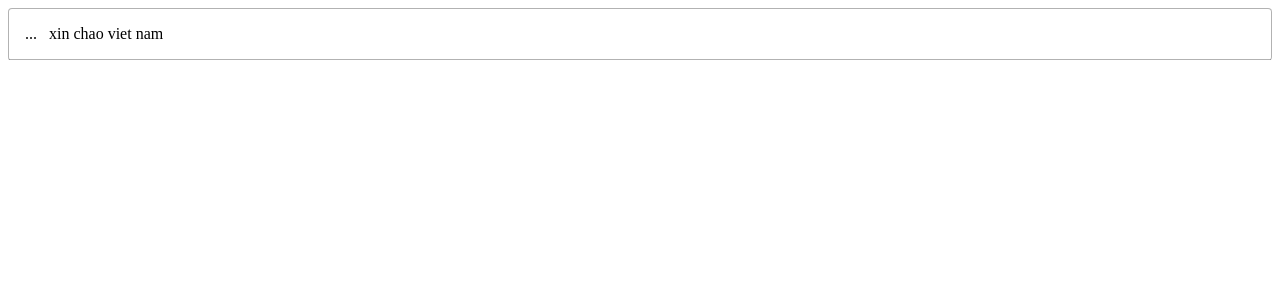
Repository: AOY311/DuckEdu
Page: test2.html
The author's editor kept a copy of each file at every save. The page is drawn from the files as they stood at one save, then again after the next save.
The browser window is 1280 px wide. The pictures show the whole page.

Above is the page before, as saved 2021-10-31 14:20:44.

### test2.html
<!DOCTYPE html>
<html lang="en">

<head>
    <meta charset="UTF-8">
    <meta http-equiv="X-UA-Compatible" content="IE=edge">
    <meta name="viewport" content="width=device-width, initial-scale=1.0">
    <script src="https://ajax.googleapis.com/ajax/libs/jquery/3.5.1/jquery.min.js"></script>
    <title>Document</title>
    <style>
        .accordion {
            /* Border */
            border: 1px solid rgba(0, 0, 0, 0.3);
            border-bottom-color: transparent;
            border-radius: 4px;
        }

        .accordion__item {
            border-bottom: 1px solid rgba(0, 0, 0, 0.3);
        }

        .accordion__header {
            /* Center the content horizontally */
            align-items: center;
            display: flex;
            cursor: pointer;
            padding: 16px;
        }

        .accordion__toggle {
            margin-right: 12px;
        }

        .accordion__title {
            /* Take remaining width */
            flex: 1;
        }

        .accordion__content {
            /* For not selected item */
            display: none;
            border-top: 1px solid rgba(0, 0, 0, 0.3);
            padding: 16px;
        }

        .accordion__content--selected {
            /* For selected item */
            display: block;
        }
    </style>
</head>

<body>
    <!-- Container -->
    <div class="accordion">
        <!-- Each accordion item -->
        <div class="accordion__item" onclick="showComment(this)">
            <!-- Heading -->
            <div class="accordion__header">
                <!-- The toggle icon -->
                <div class="accordion__toggle">...</div>

                <!-- The title -->
                <div class="accordion__title">
                    xin chao viet nam
                </div>
            </div>

            <!-- The content -->
            <div class="accordion__content">
                day la cau tra loi cho xin chao viet nam
            </div>
        </div>
    </div>
</body>
<script>
    function showComment(obj) {
        $(obj).children().last().toggleClass("accordion__content");
        $(obj).children().last().toggleClass("accordion__content--selected");
        // $(obj).children().last().attr("class", "accordion__content--selected")
    }
</script>

</html>

After the next save:
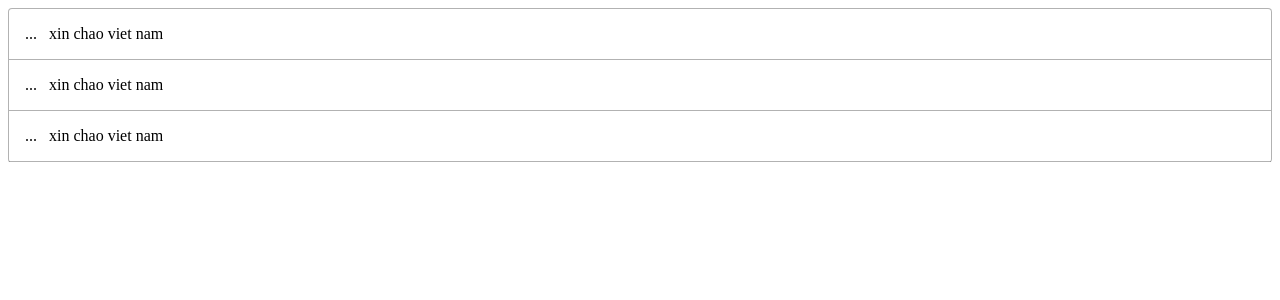
Saved 26 s later.
--- a/test2.html
+++ b/test2.html
@@ -71,6 +71,40 @@
                 day la cau tra loi cho xin chao viet nam
             </div>
         </div>
+        <div class="accordion__item" onclick="showComment(this)">
+            <!-- Heading -->
+            <div class="accordion__header">
+                <!-- The toggle icon -->
+                <div class="accordion__toggle">...</div>
+
+                <!-- The title -->
+                <div class="accordion__title">
+                    xin chao viet nam
+                </div>
+            </div>
+
+            <!-- The content -->
+            <div class="accordion__content">
+                day la cau tra loi cho xin chao viet nam
+            </div>
+        </div>
+        <div class="accordion__item" onclick="showComment(this)">
+            <!-- Heading -->
+            <div class="accordion__header">
+                <!-- The toggle icon -->
+                <div class="accordion__toggle">...</div>
+
+                <!-- The title -->
+                <div class="accordion__title">
+                    xin chao viet nam
+                </div>
+            </div>
+
+            <!-- The content -->
+            <div class="accordion__content">
+                day la cau tra loi cho xin chao viet nam
+            </div>
+        </div>
     </div>
 </body>
 <script>
